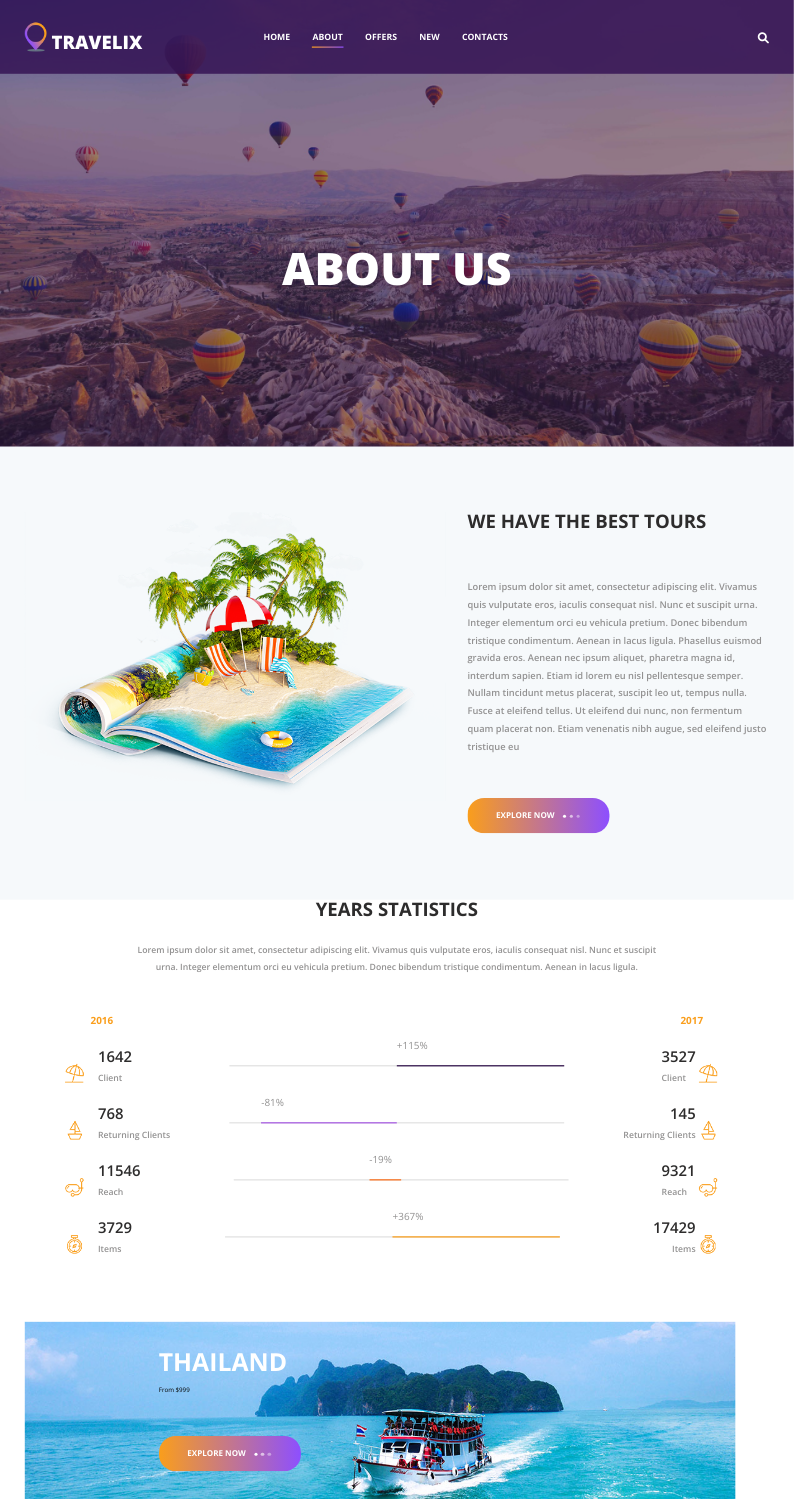
Repository: phamhuuloc/Travelix_Template
Page: about.html
The author's editor kept a copy of each file at every save. The page is drawn from the files as they stood at one save, then again after the next save.
The browser window is 1280 px wide. The pictures show the whole page, at 62% of full size.
Backgrounds fixed to the window are drawn as part of the page. Some web fonts or font styles are not loaded; a fallback is used.

Above is the page before, as saved 2021-10-13 10:21:05.

### about.html
<!DOCTYPE html>
<html lang="en">
  <head>
    <meta charset="UTF-8" />
    <meta http-equiv="X-UA-Compatible" content="IE=edge" />
    <meta name="viewport" content="width=device-width, initial-scale=1.0" />
    <title>Document</title>
    <link rel="shortcut icon" href="./assets/img/logo.png" />
    <link
      href="https://fonts.googleapis.com/css2?family=Caramel&display=swap"
      rel="stylesheet"
    />
    <!-- GOOGLE FONT -->
    <link
      href="https://fonts.googleapis.com/css2?family=Birthstone&display=swap"
      rel="stylesheet"
    />
    <!-- FONT AWESOME -->
    <link
      rel="stylesheet"
      href="https://cdnjs.cloudflare.com/ajax/libs/font-awesome/6.0.0-beta2/css/all.min.css"
      integrity="sha512-YWzhKL2whUzgiheMoBFwW8CKV4qpHQAEuvilg9FAn5VJUDwKZZxkJNuGM4XkWuk94WCrrwslk8yWNGmY1EduTA=="
      crossorigin="anonymous"
      referrerpolicy="no-referrer"
    />
    <!-- CSS -->
    <link rel="stylesheet" href="./assets/css/reset.css" />
    <link rel="stylesheet" href="./assets/css/grid.css" />
    <link rel="stylesheet" href="./assets/css/base.css" />
    <link rel="stylesheet" href="./assets/css/about.css" />
  </head>
  <body>
    <header class="header">
      <div class="header-topbar" style="display: none">
        <div class="grid wide">
          <div class="header-topbar__container">
            <div class="row">
              <div class="col l-6">
                <div class="header-topbar__contact">
                  <ul>
                    <li>
                      <a href="">+84 945 000 917</a>
                    </li>
                    <li>
                      <a href=""><i class="fab fa-pinterest"></i></a>
                    </li>
                    <li>
                      <a href=""><i class="fab fa-facebook-f"></i></a>
                    </li>
                    <li>
                      <a href=""><i class="fab fa-twitter"></i></a>
                    </li>
                    <li>
                      <a href=""><i class="fab fa-dribbble"></i></a>
                    </li>
                    <li>
                      <a href=""><i class="fab fa-behance"></i></a>
                    </li>
                    <li>
                      <a href=""><i class="fab fa-linkedin-in"></i></a>
                    </li>
                  </ul>
                </div>
              </div>
              <div class="col l-6">
                <div class="header-topbar__login">
                  <ul>
                    <li><a href="">Login</a></li>
                    <li><a href="">|</a></li>
                    <li><a href="">Register</a></li>
                  </ul>
                </div>
              </div>
            </div>
          </div>
        </div>
      </div>
      <div class="header-nav">
        <div class="grid wide">
          <div class="header-nav__container">
            <div class="row">
              <div class="col l-3">
                <div class="logo">
                  <a href="" class="logo__link">
                    <img src="./assets/img/logo.png" alt="" />
                    <h2 class="logo__text">Travelix</h2>
                  </a>
                </div>
              </div>
              <div class="col l-6 m-0 c-0">
                <div class="nav-menu">
                  <ul class="nav-menu__list">
                    <li class="nav-menu__item">
                      <a href="index.html" class="nav-menu__link">Home</a>
                    </li>
                    <li class="nav-menu__item active">
                      <a href="./about.html" class="nav-menu__link">About</a>
                    </li>
                    <li class="nav-menu__item">
                      <a href="" class="nav-menu__link">Offers</a>
                    </li>
                    <li class="nav-menu__item">
                      <a href="" class="nav-menu__link">New</a>
                    </li>
                    <li class="nav-menu__item">
                      <a href="" class="nav-menu__link">Contacts</a>
                    </li>
                  </ul>
                </div>
              </div>
              <div class="col l-3">
                <div class="header-search">
                  <i class="fas fa-search header-search__icon"></i>
                </div>
              </div>
            </div>
          </div>
        </div>
      </div>
    </header>
    <div class="home">
      <div
        class="home-background"
        style="background-image: url(./assets/img/about.jpg)"
      ></div>
      <div class="home__title"><h1>About us</h1></div>
    </div>
    <section class="intro">
      <div class="grid wide">
        <div class="intro__container">
          <div class="row">
            <div class="col l-7 intro__img">
              <img src="./assets/img/intro_about.png" alt="" />
            </div>
            <div class="col l-5 intro__content">
              <h2 class="intro__title">WE HAVE THE BEST TOURS</h2>
              <p class="intro__desc">
                Lorem ipsum dolor sit amet, consectetur adipiscing elit. Vivamus
                quis vulputate eros, iaculis consequat nisl. Nunc et suscipit
                urna. Integer elementum orci eu vehicula pretium. Donec bibendum
                tristique condimentum. Aenean in lacus ligula. Phasellus euismod
                gravida eros. Aenean nec ipsum aliquet, pharetra magna id,
                interdum sapien. Etiam id lorem eu nisl pellentesque semper.
                Nullam tincidunt metus placerat, suscipit leo ut, tempus nulla.
                Fusce at eleifend tellus. Ut eleifend dui nunc, non fermentum
                quam placerat non. Etiam venenatis nibh augue, sed eleifend
                justo tristique eu
              </p>
              <div class="intro__btn">
                <div class="btn">
                  <div class="btn-bg"></div>
                  <a href="#" class="btn-link">
                    explore now
                    <span></span>
                    <span></span>
                    <span></span>
                  </a>
                </div>
              </div>
            </div>
          </div>
        </div>
      </div>
    </section>
    <section class="stats">
      <div class="grid wide">
        <div class="stats__container">
          <h2 class="stats__title">YEARS STATISTICS</h2>
          <div class="wrap_text">
            <p class="stats__text">
              Lorem ipsum dolor sit amet, consectetur adipiscing elit. Vivamus
              quis vulputate eros, iaculis consequat nisl. Nunc et suscipit
              urna. Integer elementum orci eu vehicula pretium. Donec bibendum
              tristique condimentum. Aenean in lacus ligula.
            </p>
          </div>
          <div class="stats__year">
            <div class="stats__year-last">2016</div>
            <div class="stats__year-new">2017</div>
          </div>
          <div class="stats__content">
            <div class="stats__item">
              <div class="stats__last">
                <div class="stats__icon">
                  <img src="./assets/img/stats_1.png" alt="" />
                </div>
                <div class="stats__content">
                  <div class="stats__number">1642</div>
                  <div class="stats__type">Client</div>
                </div>
              </div>
              <div class="stats__bar">
                <div class="stats__bar-perc" style="left: 50%; width: 50%">
                  <div class="stats__bar-value">+115%</div>
                </div>
              </div>
              <div class="stats__new">
                <div class="stats__content">
                  <div class="stats__number">3527</div>
                  <div class="stats__type">Client</div>
                </div>
                <div class="stats__icon">
                  <img src="./assets/img/stats_1.png" alt="" />
                </div>
              </div>
            </div>
            <div class="stats__item">
              <div class="stats__last">
                <div class="stats__icon">
                  <img src="./assets/img/stats_2.png" alt="" />
                </div>
                <div class="stats__last-content">
                  <div class="stats__number">768</div>
                  <div class="stats__type">Returning Clients</div>
                </div>
              </div>
              <div class="stats__bar">
                <div
                  class="stats__bar-perc"
                  style="
                    right: 50%;
                    width: 40.5%;
                    background: rgb(169, 92, 228);
                  "
                >
                  <div class="stats__bar-value">-81%</div>
                </div>
              </div>
              <div class="stats__new">
                <div class="stats__new-content">
                  <div class="stats__number">145</div>
                  <div class="stats__type">Returning Clients</div>
                </div>
                <div class="stats__icon">
                  <img src="./assets/img/stats_2.png" alt="" />
                </div>
              </div>
            </div>
            <div class="stats__item">
              <div class="stats__last">
                <div class="stats__icon">
                  <img src="./assets/img/stats_3.png" alt="" />
                </div>
                <div class="stats__last-content">
                  <div class="stats__number">11546</div>
                  <div class="stats__type">Reach</div>
                </div>
              </div>
              <div class="stats__bar">
                <div
                  class="stats__bar-perc"
                  style="right: 50%; width: 9.5%; background: rgb(250, 111, 27)"
                >
                  <div class="stats__bar-value">-19%</div>
                </div>
              </div>
              <div class="stats__new">
                <div class="stats__content">
                  <div class="stats__number">9321</div>
                  <div class="stats__type">Reach</div>
                </div>
                <div class="stats__icon">
                  <img src="./assets/img/stats_3.png" alt="" />
                </div>
              </div>
            </div>
            <div class="stats__item">
              <div class="stats__last">
                <div class="stats__icon">
                  <img src="./assets/img/stats_4.png" alt="" />
                </div>
                <div class="stats__last-content">
                  <div class="stats__number">3729</div>
                  <div class="stats__type">Items</div>
                </div>
              </div>
              <div class="stats__bar">
                <div
                  class="stats__bar-perc"
                  style="left: 50%; width: 50%; background: rgb(250, 158, 27)"
                >
                  <div class="stats__bar-value">+367%</div>
                </div>
              </div>
              <div class="stats__new">
                <div class="stats__new-content">
                  <div class="stats__number">17429</div>
                  <div class="stats__type">Items</div>
                </div>
                <div class="stats__icon">
                  <img src="./assets/img/stats_4.png" alt="" />
                </div>
              </div>
            </div>
          </div>
        </div>
      </div>
    </section>
    <section class="popular">
      <div class="grid wide">
        <div class="popular__container">
          <div class="popular__background">
            <img src="./assets/img/add.jpg" alt="" class="" />
          </div>
          <div class="popular__content">
            <h2 class="popular__title">Thailand</h2>
            <span class="popular__price">From $999</span>
            <div class="popular__btn">
              <div class="btn">
                <div class="btn-bg"></div>
                <a href="#" class="btn-link">
                  explore now
                  <span></span>
                  <span></span>
                  <span></span>
                </a>
              </div>
            </div>
          </div>
        </div>
      </div>
    </section>
  </body>
</html>

### assets/css/grid.css
.grid {
  width: 100%;
  padding: 0;
}
.grid.wide {
  max-width: 1200px;

  margin: 0 auto;
}
.row {
  display: flex;
  flex-wrap: wrap;
  margin-left: -4px;
  margin-right: -4px;
}
.row.no-gutters {
  margin-left: 0;
  margin-right: 0;
}
.col {
  padding-left: 4px;
  padding-right: 4px;
}
.row.no-gutters .col {
  margin-left: 0;
  margin-right: 0;
}

.c-0 {
  display: none;
}

.c-1 {
  flex: 0 0 8.33333%;
  max-width: 8.33333%;
}

.c-2 {
  flex: 0 0 16.66667%;
  max-width: 16.66667%;
}

.c-3 {
  flex: 0 0 25%;
  max-width: 25%;
}

.c-4 {
  flex: 0 0 33.33333%;
  max-width: 33.33333%;
}

.c-5 {
  flex: 0 0 41.66667%;
  max-width: 41.66667%;
}

.c-6 {
  flex: 0 0 50%;
  max-width: 50%;
}

.c-7 {
  flex: 0 0 58.33333%;
  max-width: 58.33333%;
}

.c-8 {
  flex: 0 0 66.66667%;
  max-width: 66.66667%;
}

.c-9 {
  flex: 0 0 75%;
  max-width: 75%;
}

.c-10 {
  flex: 0 0 83.33333%;
  max-width: 83.33333%;
}

.c-11 {
  flex: 0 0 91.66667%;
  max-width: 91.66667%;
}

.c-12 {
  flex: 0 0 100%;
  max-width: 100%;
}

.c-o-1 {
  margin-left: 8.33333%;
}

.c-o-2 {
  margin-left: 16.66667%;
}

.c-o-3 {
  margin-left: 25%;
}

.c-o-4 {
  margin-left: 33.33333%;
}

.c-o-5 {
  margin-left: 41.66667%;
}

.c-o-6 {
  margin-left: 50%;
}

.c-o-7 {
  margin-left: 58.33333%;
}

.c-o-8 {
  margin-left: 66.66667%;
}

.c-o-9 {
  margin-left: 75%;
}

.c-o-10 {
  margin-left: 83.33333%;
}

.c-o-11 {
  margin-left: 91.66667%;
}
/* TABLET */
@media (min-width: 740px) {
  .row {
    margin-left: -8px;
    margin-right: -8px;
  }
  .col {
    padding-right: 8px;
    padding-left: 8px;
  }
  .m-0 {
    display: none;
  }
  .m-1,
  .m-2,
  .m-3,
  .m-4,
  .m-5,
  .m-6,
  .m-7,
  .m-8,
  .m-9,
  .m-10,
  .m-11,
  .m-12 {
    display: block;
  }

  .m-1 {
    flex: 0 0 8.33333%;
    max-width: 8.33333%;
  }

  .m-2 {
    flex: 0 0 16.66667%;
    max-width: 16.66667%;
  }

  .m-3 {
    flex: 0 0 25%;
    max-width: 25%;
  }

  .m-4 {
    flex: 0 0 33.33333%;
    max-width: 33.33333%;
  }

  .m-5 {
    flex: 0 0 41.66667%;
    max-width: 41.66667%;
  }

  .m-6 {
    flex: 0 0 50%;
    max-width: 50%;
  }

  .m-7 {
    flex: 0 0 58.33333%;
    max-width: 58.33333%;
  }

  .m-8 {
    flex: 0 0 66.66667%;
    max-width: 66.66667%;
  }

  .m-9 {
    flex: 0 0 75%;
    max-width: 75%;
  }

  .m-10 {
    flex: 0 0 83.33333%;
    max-width: 83.33333%;
  }

  .m-11 {
    flex: 0 0 91.66667%;
    max-width: 91.66667%;
  }

  .m-12 {
    flex: 0 0 100%;
    max-width: 100%;
  }

  .m-o-1 {
    margin-left: 8.33333%;
  }

  .m-o-2 {
    margin-left: 16.66667%;
  }

  .m-o-3 {
    margin-left: 25%;
  }

  .m-o-4 {
    margin-left: 33.33333%;
  }

  .m-o-5 {
    margin-left: 41.66667%;
  }

  .m-o-6 {
    margin-left: 50%;
  }

  .m-o-7 {
    margin-left: 58.33333%;
  }

  .m-o-8 {
    margin-left: 66.66667%;
  }

  .m-o-9 {
    margin-left: 75%;
  }

  .m-o-10 {
    margin-left: 83.33333%;
  }

  .m-o-11 {
    margin-left: 91.66667%;
  }
}
/* PC MEDIUM RESOLUTION */
@media (min-width: 1113px) {
  .row {
    margin-left: -12px;
    margin-right: -12px;
  }
  .row.sm-gutter {
    margin-left: -8px;
    margin-right: -8px;
  }
  .col {
    padding-left: 12px;
    padding-right: 12px;
  }
  .row.sm-gutter .col {
    padding-left: 8px;
    padding-right: 8px;
  }
  .l-0 {
    display: none;
  }

  .l-1,
  .l-2,
  .l-2-4,
  .l-3,
  .l-4,
  .l-5,
  .l-6,
  .l-7,
  .l-8,
  .l-9,
  .l-10,
  .l-11,
  .l-12 {
    display: block;
  }

  .l-1 {
    flex: 0 0 8.33333%;
    max-width: 8.33333%;
  }

  .l-2 {
    flex: 0 0 16.66667%;
    max-width: 16.66667%;
  }

  .l-2-4 {
    flex: 0 0 20%;
    max-width: 20%;
  }

  .l-3 {
    flex: 0 0 25%;
    max-width: 25%;
  }

  .l-4 {
    flex: 0 0 33.33333%;
    max-width: 33.33333%;
  }

  .l-5 {
    flex: 0 0 41.66667%;
    max-width: 41.66667%;
  }

  .l-6 {
    flex: 0 0 50%;
    max-width: 50%;
  }

  .l-7 {
    flex: 0 0 58.33333%;
    max-width: 58.33333%;
  }

  .l-8 {
    flex: 0 0 66.66667%;
    max-width: 66.66667%;
  }

  .l-9 {
    flex: 0 0 75%;
    max-width: 75%;
  }

  .l-10 {
    flex: 0 0 83.33333%;
    max-width: 83.33333%;
  }

  .l-11 {
    flex: 0 0 91.66667%;
    max-width: 91.66667%;
  }

  .l-12 {
    flex: 0 0 100%;
    max-width: 100%;
  }

  .l-o-1 {
    margin-left: 8.33333%;
  }

  .l-o-2 {
    margin-left: 16.66667%;
  }

  .l-o-3 {
    margin-left: 25%;
  }

  .l-o-4 {
    margin-left: 33.33333%;
  }

  .l-o-5 {
    margin-left: 41.66667%;
  }

  .l-o-6 {
    margin-left: 50%;
  }

  .l-o-7 {
    margin-left: 58.33333%;
  }

  .l-o-8 {
    margin-left: 66.66667%;
  }

  .l-o-9 {
    margin-left: 75%;
  }

  .l-o-10 {
    margin-left: 83.33333%;
  }

  .l-o-11 {
    margin-left: 91.66667%;
  }
}
/* TABLET AND PC */
@media (min-width: 740px) and (max-width: 1023px) {
  .wide {
    width: 644px;
  }
}
/* > PC  LOW RESOLUTION */
@media (min-width: 1024px) and (max-width: 1239px) {
  .wide {
    width: 984px;
  }
}
.form__item {
  display: flex;
  flex-direction: column;
}

### assets/css/about.css
.home-background {
  background-repeat: no-repeat;
  background-position: bottom center;
  background-attachment: fixed;
  background-size: cover;
}
.home__title {
  position: absolute;
  top: 55%;
  left: 50%;
  transform: translateX(-50%);
}
.home__title h1 {
  font-size: 7.2rem;
  font-weight: 800;
  color: var(--white-color);
  text-transform: uppercase;
}
/* INTRO */
.intro {
  padding: 10.6rem 0;
  background-color: #f6f9fb;
}
.intro__title {
  font-size: 3rem;
  font-weight: 700;
  color: var(--black-color);
  margin-bottom: 7.6rem;
  text-transform: uppercase;
}
.intro__desc {
  font-size: 1.5rem;
  font-weight: 600;
  color: var(--gray-color);
  line-height: 1.9;
}
.intro__btn .btn {
  left: 0;
  transform: translateX(0);
}
.stats__title {
  text-align: center;
  font-size: 3rem;
  font-weight: 700;
  color: var(--black-color);
  margin-bottom: 3.8rem;
}
.wrap_text {
  text-align: center;
  display: flex;
  justify-content: center;
  margin-bottom: 6.6rem;
}
.stats__text {
  font-size: 1.4rem;
  font-weight: 600;
  line-height: 1.9;
  color: var(--gray-color);
  max-width: 84rem;
}
.stats__year {
  display: flex;
  align-items: center;
  justify-content: space-between;
  padding: 0 10.6rem;
  margin-bottom: 3.6rem;
}
.stats__year-last,
.stats__year-new {
  font-size: 1.6rem;
  font-weight: 700;
  color: var(--primary-color);
}
.stats__item {
  display: flex;
  align-items: center;
  justify-content: space-between;
  padding: 0 60px;
  margin-top: 3.8rem;
}
.stats__last {
  display: flex;
  align-items: flex-end;
}
.stats__icon {
  margin-right: 1.8rem;
}
.stats__number {
  font-size: 2.4rem;
  font-weight: 600;
  color: var(--black-color);
  margin-bottom: 1.6rem;
}
.stats__type {
  font-size: 1.4rem;
  font-weight: 600;
  color: var(--gray-color);
}
.stats__new {
  display: flex;
  align-items: flex-end;
}
.stats__last-content {
  text-align: left;
}
.stats__new-content {
  text-align: right;
}
.stats__bar {
  position: relative;
  height: 2px;
  background-color: #e1e1e1;
  width: 50%;
  display: flex;
  flex-direction: column;
}
.stats__bar-value {
  position: absolute;
  top: -40px;
  color: var(--gray-color);
  font-size: 1.6rem;
  text-align: left;
}
.stats__bar-perc {
  position: absolute;
  height: 2px;
  background-color: rgb(49, 18, 75);
}
.popular {
  margin-top: 11rem;
  position: relative;
}
.popular__background {
}
.popular__content {
  position: absolute;
  top: 50%;
  left: 20%;
  transform: translateY(-50%);
}
.popular__title {
  font-size: 4rem;
  font-weight: 700;
  color: var(--white-color);
  text-transform: uppercase;
  margin-bottom: 2rem;
}

Loaded but not shown: assets/css/reset.css (common file); assets/css/base.css (441 lines, source omitted)

After the next save:
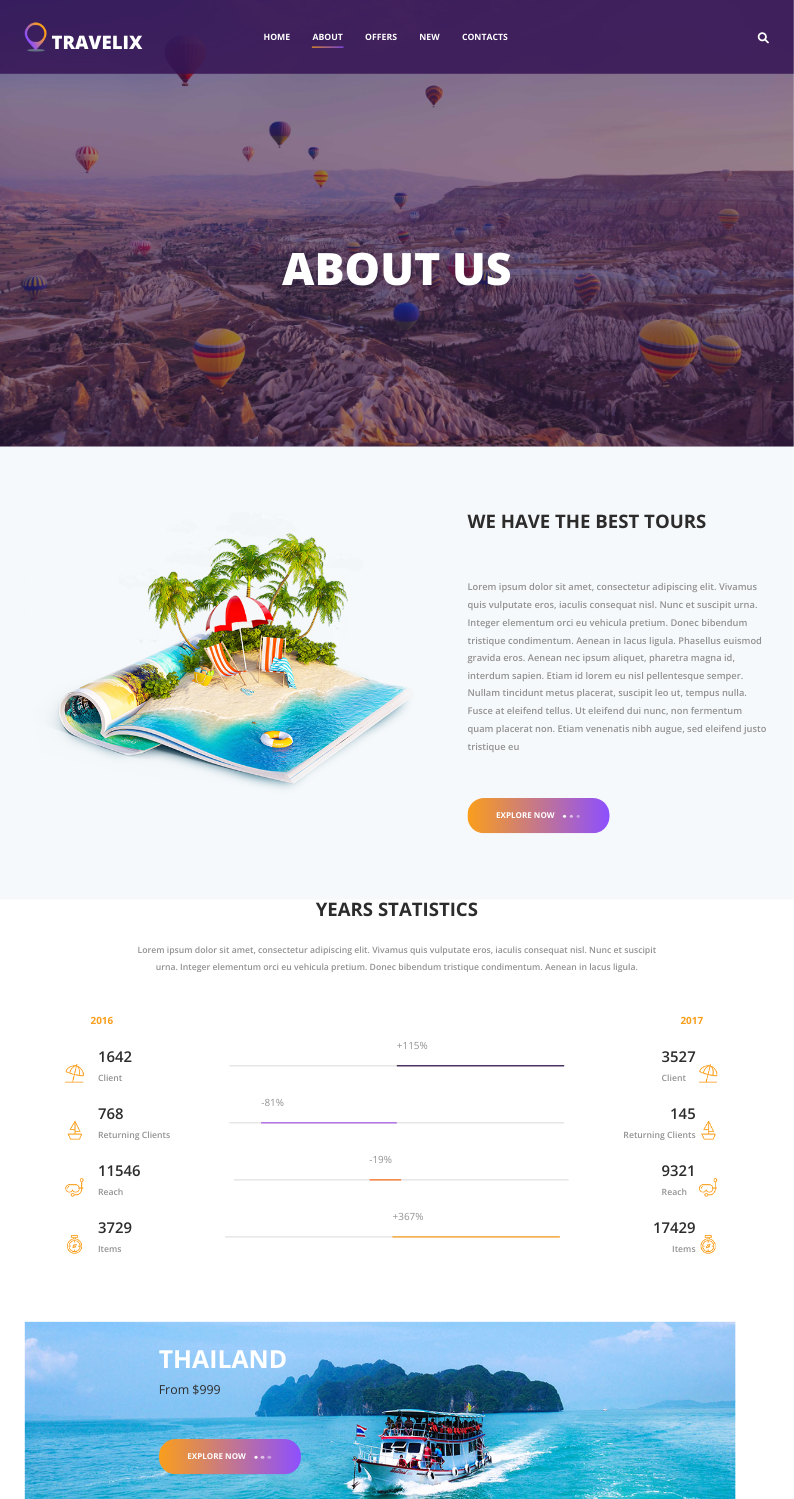
Saved 37 s later.
--- a/assets/css/about.css
+++ b/assets/css/about.css
@@ -145,3 +145,8 @@
   text-transform: uppercase;
   margin-bottom: 2rem;
 }
+.popular__price {
+  font-size: 2rem;
+  color: var(--black-color);
+  margin-bottom: 2rem;
+}
